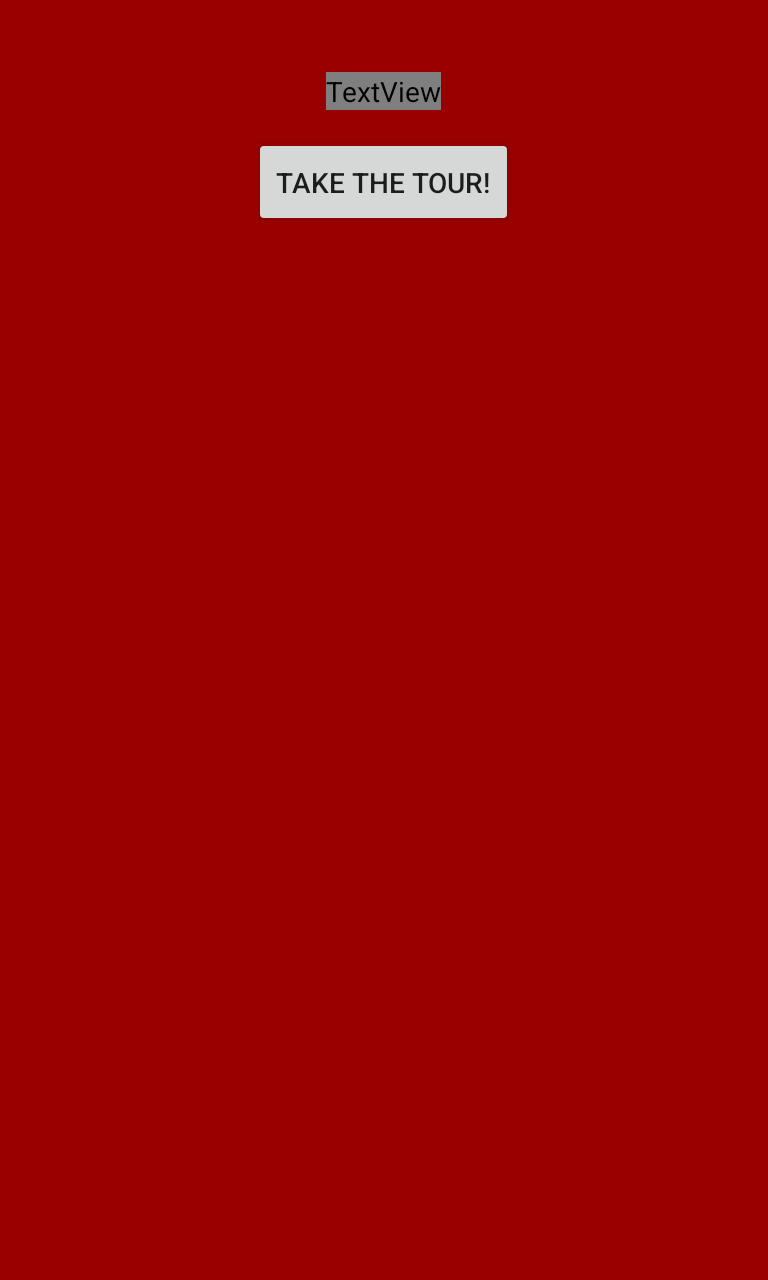
Repository: Klyros/StevensTourApp
Layout: StevensTourApp/res/layout/activity_home_screen.xml
The author's editor kept a copy of each file at every save. The layout is drawn from the files as they stood at one save, then again after the next save.
Pictures or frames that could not be fetched are drawn as grey boxes. It is drawn on a 768 x 1280 px phone screen (xhdpi) without system bars, with theme AppTheme; the app's code is not run.

Above is the layout before, as saved 2014-08-23 22:25:05.

### StevensTourApp/res/layout/activity_home_screen.xml
<RelativeLayout xmlns:android="http://schemas.android.com/apk/res/android"
    xmlns:tools="http://schemas.android.com/tools"
    android:layout_width="match_parent"
    android:layout_height="match_parent"
    android:paddingBottom="@dimen/activity_vertical_margin"
    android:paddingLeft="@dimen/activity_horizontal_margin"
    android:paddingRight="@dimen/activity_horizontal_margin"
    android:paddingTop="@dimen/activity_vertical_margin"
    tools:context="edu.stevens.stevenstourapp.HomeScreen" >



    <Button
        android:id="@+id/btnTour"
        android:layout_width="wrap_content"
        android:layout_height="wrap_content"
        android:layout_below="@+id/editText1"
        android:layout_centerHorizontal="true"
        android:layout_marginTop="51dp"
        android:text="Take the Tour!" />

    <TextView
        android:id="@+id/stevenstitle"
        android:layout_width="wrap_content"
        android:layout_height="wrap_content"
        android:layout_alignParentTop="true"
        android:layout_centerHorizontal="true"
        android:fontFamily="@string/"
        android:layout_marginTop="20dp"
        android:text="Stevens" />

</RelativeLayout>

### StevensTourApp/res/values/colors.xml
<?xml version="1.0" encoding="utf-8"?>
<resources>
    <color name="background">#990000</color>
</resources>

Loaded but not shown: StevensTourApp/res/values/styles.xml (common file); StevensTourApp/res/values-v11/styles.xml (common file); StevensTourApp/res/values-v14/styles.xml (common file); StevensTourApp/res/values/dimens.xml (common file); StevensTourApp/res/values-w820dp/dimens.xml (common file)

After the next save:
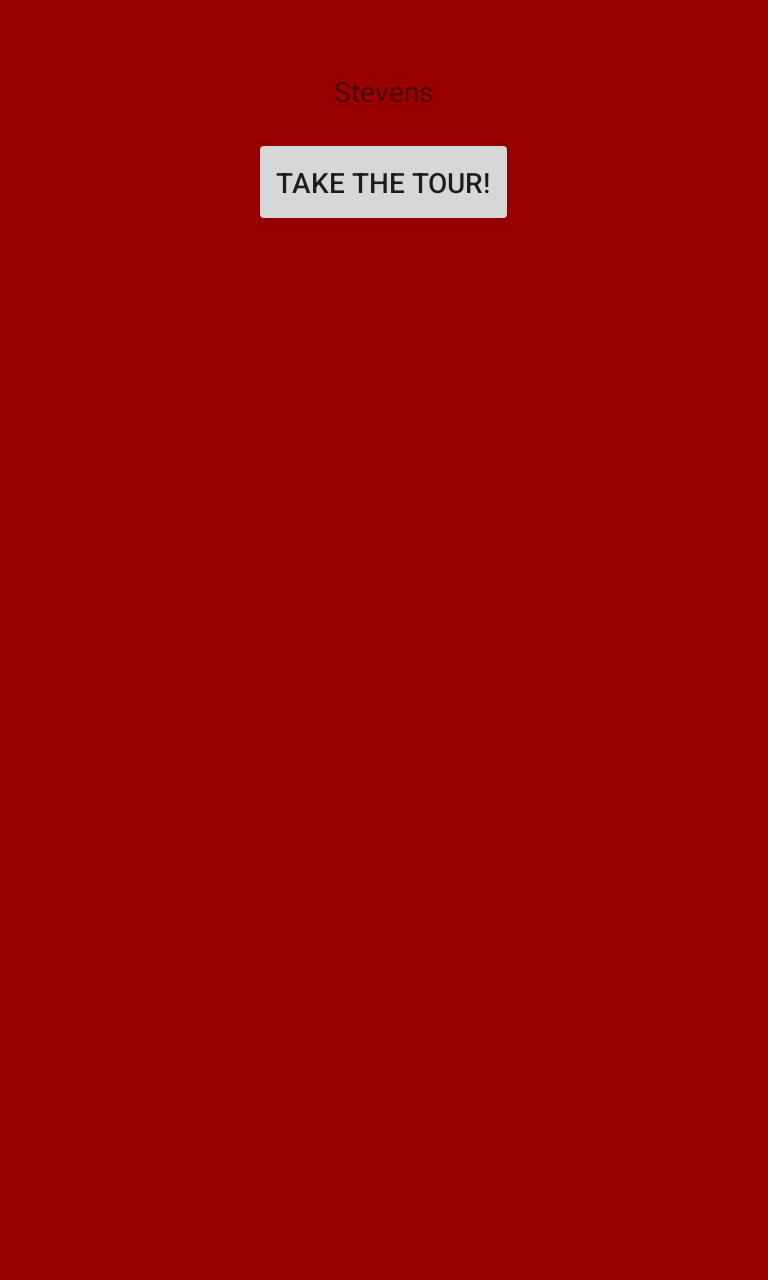
Saved 54 s later.
--- a/StevensTourApp/res/layout/activity_home_screen.xml
+++ b/StevensTourApp/res/layout/activity_home_screen.xml
@@ -20,12 +20,11 @@
         android:text="Take the Tour!" />
 
     <TextView
-        android:id="@+id/stevenstitle"
+        android:id="@+id/stevensTitle"
         android:layout_width="wrap_content"
         android:layout_height="wrap_content"
         android:layout_alignParentTop="true"
         android:layout_centerHorizontal="true"
-        android:fontFamily="@string/"
         android:layout_marginTop="20dp"
         android:text="Stevens" />
 
